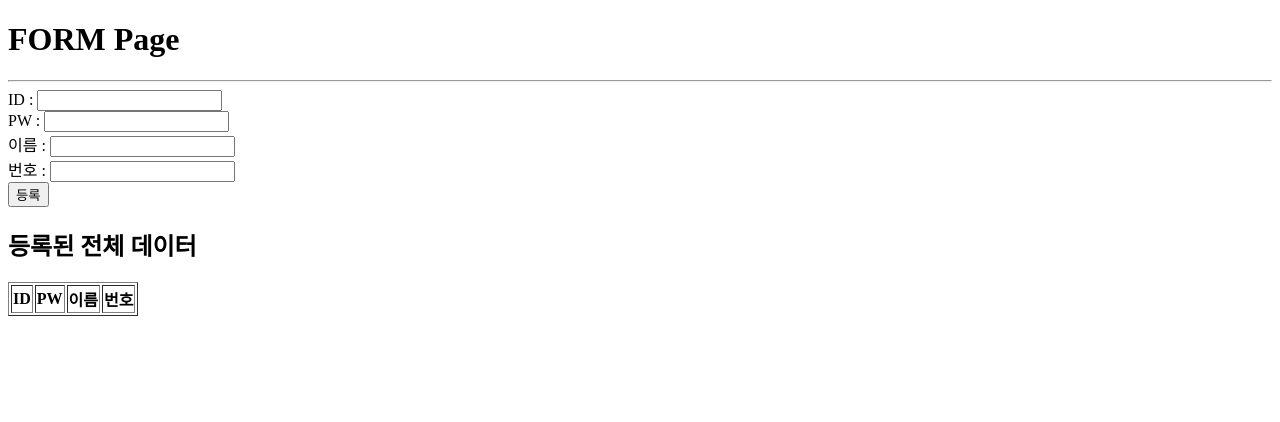
Repository: smallomg/bg-spring
Page: http://localhost/demo/WEB-INF/views/form.jsp
The author's editor kept a copy of each file at every save. The page is drawn from the files as they stood at one save, then again after the next save.
The browser window is 1280 px wide. The pictures show the whole page.
The page is served by Tomcat 10. Nobody is signed in. Other server files are loaded and not shown. The template is opened directly, without the code that normally fills it, so the values that code supplies are empty.

Above is the page before, as saved 2025-05-01 08:10:05.

### ldy_spring/demo/src/main/webapp/WEB-INF/views/form.jsp
<%@ page language="java" contentType="text/html; charset=UTF-8"
    pageEncoding="UTF-8"%>
    <%@ taglib uri="http://java.sun.com/jsp/jstl/core" prefix="c" %>
<!DOCTYPE html>
<html>
<head>
<meta charset="UTF-8">
<title>Form Page</title>
</head>
<body>
    <h1>FORM Page</h1>
    <hr>
    <form action="form" method="get">
        ID : <input type="text" name="id"><br>
        PW : <input type="password" name="pw"><br>
        이름 : <input type="text" name="name"><br>
        번호 : <input type="text" name="phone"><br>
        <input type="submit" value="등록">
    </form>

    <h2>등록된 전체 데이터</h2>
<table border="1">
    <tr>
        <th>ID</th>
        <th>PW</th>
        <th>이름</th>
        <th>번호</th>
    </tr>
    <c:forEach var="item" items="${list}">
        <tr>
            <td>${item.id}</td>
            <td>${item.pw}</td>
            <td>${item.name}</td>
            <td>${item.phone}</td>
        </tr>
    </c:forEach>
</table>
</body>
</html>

After the next save:
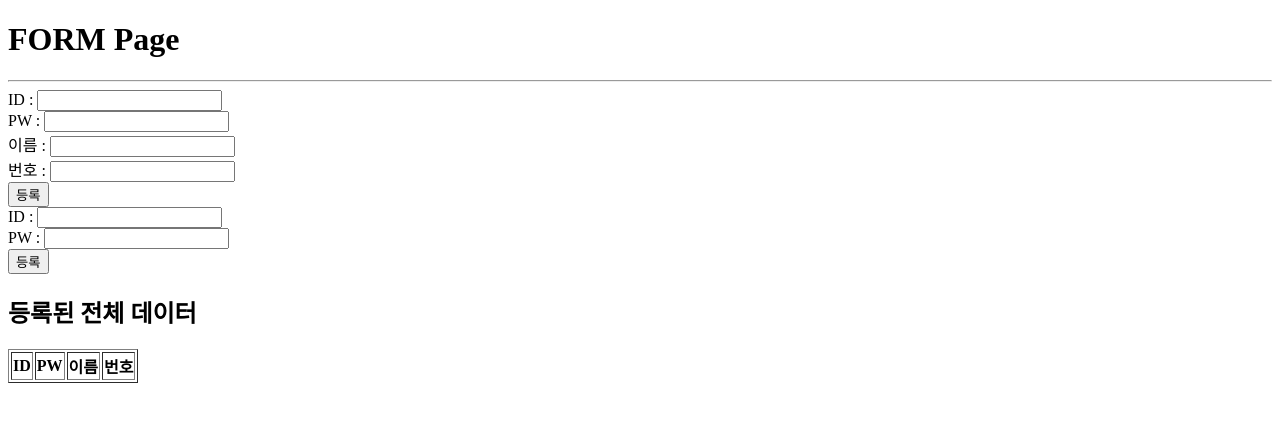
Saved 3 min 5 s later.
--- a/ldy_spring/demo/src/main/webapp/WEB-INF/views/form.jsp
+++ b/ldy_spring/demo/src/main/webapp/WEB-INF/views/form.jsp
@@ -15,6 +15,13 @@
         PW : <input type="password" name="pw"><br>
         이름 : <input type="text" name="name"><br>
         번호 : <input type="text" name="phone"><br>
+        <input type="submit" value="등록">
+    </form>
+
+     <form action="p3" method="get">
+        ID : <input type="text" name="id"><br>
+        PW : <input type="password" name="pw"><br>
+
         <input type="submit" value="등록">
     </form>
 
